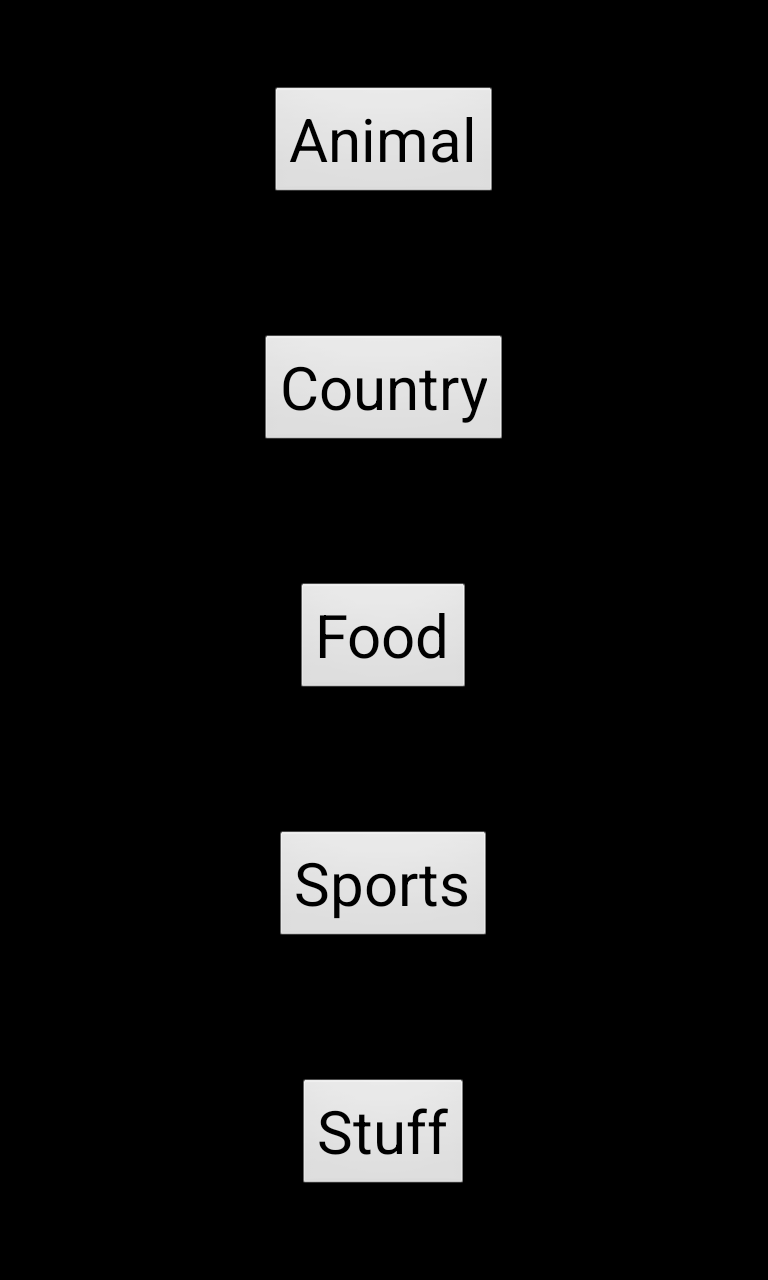
Repository: aster9725/HK-CityU-SummerExchange
Layout: Copy of WordQuiz/res/layout/activity_category.xml
These files come from the project's save history. The layout is drawn as it stood at one moment and after the next save; the edit follows.
It is drawn on a 768 x 1280 px phone screen (xhdpi) without system bars, with theme android:Theme; the app's code is not run.

Above is the layout before, as saved 2014-07-24 09:58:54.

After the next save:
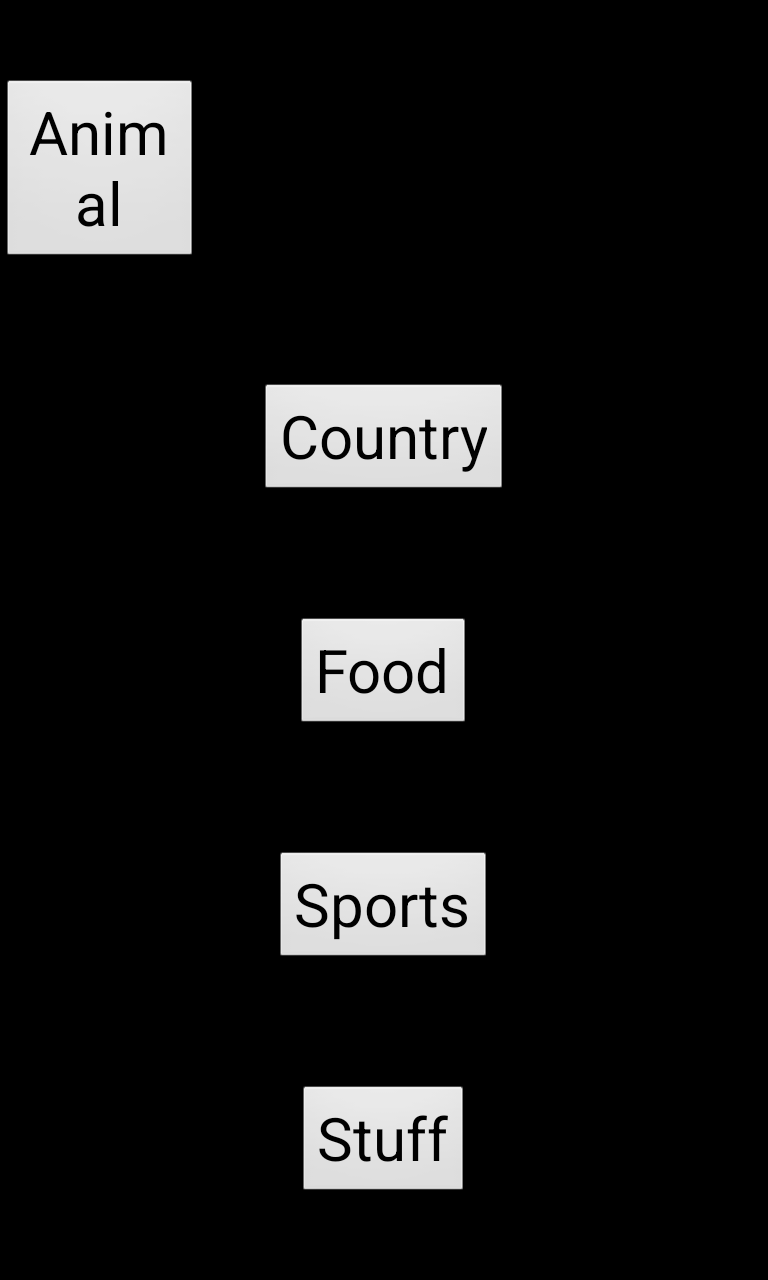
Saved 5 min 33 s later.
--- a/Copy of WordQuiz/res/layout/activity_category.xml
+++ b/Copy of WordQuiz/res/layout/activity_category.xml
@@ -7,7 +7,7 @@
     android:paddingBottom="10dp">
 
     <LinearLayout
-        android:layout_width="match_parent"
+        android:layout_width="100dp"
         android:layout_height="wrap_content"
         android:layout_weight="1"
         android:gravity="center_vertical|center_horizontal"
